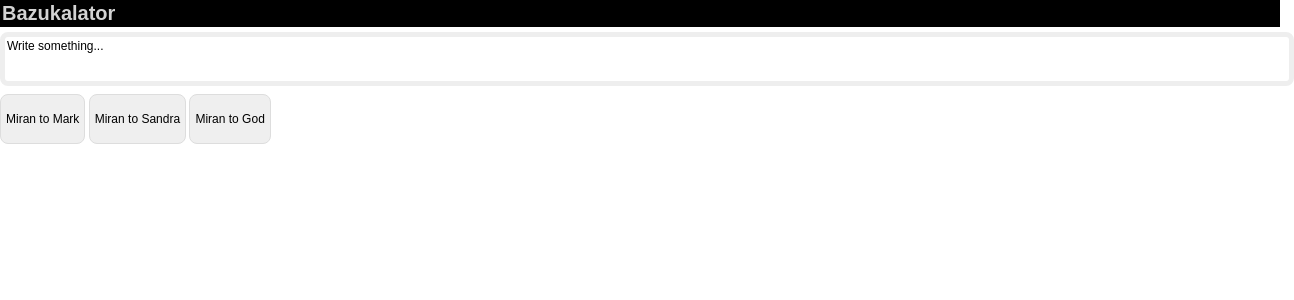
Repository: mbadzak/bazukalator
Page: Bazukalator/assets/www/index.html
An editor plug-in stored every save of this project. The page is shown before and after the next save, followed by the edit.
The browser window is 1280 px wide. The page is 1294 px wide, then 1280 px, so the pictures cover 1294 px, including what lies to the right of the window. The pictures show the whole page.

Above is the page before, as saved 2012-10-14 06:04:13.

### Bazukalator/assets/www/index.html
<!DOCTYPE HTML>
<html>
<head>
<title>Hello World</title>
<script type="text/javascript" charset="utf-8" src="cordova-2.1.0.js"></script>
<script type="text/javascript" src="jquery.min.js"></script>
<script type="text/javascript" src="jquery.autosize-min.js"></script>
<script type="text/javascript" src="utl.js"></script>

<link type="text/css" href="style.css" rel="stylesheet">
<style>
.lang_button {
  height: 50px;
  padding: 5px;
}
.post_box {
  padding: 5px;
  position: relative;
  top: 1px;
}
body {
  background-image: none;
}
.this_page {
  text-align: left;
  background-size: 100%;
  background-attachment: fixed;
  background-repeat: repeat-x;
}
</style>

</head>
<body>


<script type="text/javascript">
    var orig_text = "";
</script>
<div class="this_page">
  <div class="generic_heading" style="color: lightgray; background: black; padding: 2px;">
    Bazukalator
  </div>
  <div style="margin-top: 5px; text-align: left;">
    <textarea name="msg"
              id="msg"
              onFocus="utl_clear_text_field(this, 'Write something...');"

              style="width: 100%; height: 40px; border: 5px solid #eeeeee; z-index: 1;"
              autocomplete="off">Write something...</textarea>
  </div>
  <div style="margin-top: 5px;">
    <input type="button"
           id="btn_submit1"
           class="lang_button"
           value="Miran to Mark">
    <input type="button"
           id="btn_submit2"
           class="lang_button"
           value="Miran to Sandra">
    <input type="button"
           id="btn_submit3"
           class="lang_button"
           value="Miran to God">
  </div>

  <div id="post" style="margin: 20px 0px 0px 5px; text-align: left; display: none; ">
    <div style="float: left; clear: both; width: 50%; font-size: 11px;">
      <input type="radio"
           id="post_facebook"
           class="post_box"
           checked="checked"
           value="Post to Facebook">
           <img class="button_img img_norad" src="img/fb-icon.png" width="15" height="15">
           Facebook
    </div>
    <div style="float: left; width: 50%; font-size: 11px;">
      <input type="radio"
           id="post_twitter"
           class="post_box"
           checked="checked"
           value="Post to Facebook">
           <img class="button_img img_norad" src="img/twitter-icon.png" width="15" height="15">
           Twitter
    </div>
  </div>
  <div id="post2" style="display: none; margin-top: 55px; margin-left: 0px;">
      <input type="button" value="Post" style="padding: 5px;">
  </div>
</div>
<script type="text/javascript">
    $("#btn_submit1").click(function() { submit(1); });
    $("#btn_submit2").click(function() { submit(2); });
    $("#btn_submit3").click(function() { submit(3); });

    function submit(lang) {
        if (orig_text == "")
            orig_text = $("#msg").val();

        var req = orig_text;
        if (req == "")
            return;

        $.post("http://localhost:8080/index.php/translator/svc",
              { req: req, lang: lang },
              function(data) {
             	$("#msg").val(data);
                $("#post").css("display", "block");
                $("#post2").css("display", "block");
              }
        );
    }

    function reset()
    {
    	$('#msg').val('');
        orig_text = "";
        $("#post").css("display", "none");
        $("#post2").css("display", "none");
    }

</script>

</body>
</html>

### Bazukalator/assets/www/jquery.autosize-min.js
// Autosize 1.7 - jQuery plugin for textareas
// (c) 2011 Jack Moore - jacklmoore.com
// license: www.opensource.org/licenses/mit-license.php
(function(a,b){var c="hidden",d='<textarea style="position:absolute; top:-9999px; left:-9999px; right:auto; bottom:auto; box-sizing:content-box; word-wrap:break-word; height:0 !important; min-height:0 !important; overflow:hidden">',e=["fontFamily","fontSize","fontWeight","fontStyle","letterSpacing","textTransform","wordSpacing"],f="oninput",g="onpropertychange",h=a(d)[0];h.setAttribute(f,"return"),a.isFunction(h[f])||g in h?a.fn.autosize=function(b){return this.each(function(){function p(){var a,b;m||(m=!0,j.value=h.value,j.style.overflowY=h.style.overflowY,j.style.width=i.css("width"),j.scrollTop=0,j.scrollTop=9e4,a=j.scrollTop,b=c,a>l?(a=l,b="scroll"):a<k&&(a=k),h.style.overflowY=b,h.style.height=h.style.minHeight=h.style.maxHeight=a+o+"px",setTimeout(function(){m=!1},1))}var h=this,i=a(h).css({overflow:c,overflowY:c,wordWrap:"break-word"}),j=a(d).addClass(b||"autosizejs")[0],k=i.height(),l=parseInt(i.css("maxHeight"),10),m,n=e.length,o=i.css("box-sizing")==="border-box"?i.outerHeight()-i.height():0;l=l&&l>0?l:9e4;while(n--)j.style[e[n]]=i.css(e[n]);a("body").append(j),g in h?f in h?h[f]=h.onkeyup=p:h[g]=p:h[f]=p,a(window).resize(p),i.bind("autosize",p),p()})}:a.fn.autosize=function(){return this}})(jQuery);

### Bazukalator/assets/www/utl.js
String.prototype.trim = function() {
    return this.replace(/^\s+|\s+$/g, "");
};
String.prototype.trim_newline = function() {
	return this.replace(/(\r\n|\n|\r)/gm,"");
};

/*
 * utl_clear_text_field
 * IN	field	field to clear
 */
function utl_clear_text_field(field, init_value) {
	if (field.value.toString() == init_value.toString())
		field.value = "";
	field.style.color = "#000000";
	field.style.background = "#FFFFFF";
}

function utl_clear_text_field_id(id, init_value)
{
	var field = document.getElementById(id);
	return utl_clear_text_field(field, init_value);
}

function utl_clear_password_field(disp_p, real_p) {
	var dp = document.getElementById(disp_p);
	var rp = document.getElementById(real_p);
	dp.style.display = "none";
	rp.style.display = "inline";

	rp.focus();
}

function utl_reset_password_field(disp_p, real_p) {
	var dp = document.getElementById(disp_p);
	var rp = document.getElementById(real_p);
	if (rp.value == "") {
		dp.style.display = "inline";
		rp.style.display = "none";
		dp.value = "Password";
	}
}

function utl_reset_text_field(field, value) {
	if (field.value == "") {
		field.value = value;
		field.style.color = "#999999";
	}
}

function utl_focus(id)
{
	var elem = document.getElementById(id);
	elem.focus();
}

function utl_is_int(a)
{
	return parseInt(a, 10) === a;
}
function utl_handle_enter(field, event)
{
	if (event.keyCode == 13) {
		$(field).closest('form').submit();
		return false;
	}
	return true;
}

/**
 * @deprecated use jquery plugin instead
 * @param field
 * @param event
 * @param max_per_line
 */
function utl_expand_texarea_as_you_go(field, event, max_per_line)
{
	var chars = field.value.length;
	var rows = chars / max_per_line;
	var newline_count;
	var total_size = 18;
	var modified = false;

	if (chars == 0) return;

	newline_count = (field.value.split('\n')).length - 1;

	if (utl_is_int(rows))
	{
		total_size += (rows * 12);
		modified = true;
	}

	if (newline_count > 0) {
		total_size += (newline_count * 16);
		modified = true;
	}

	if (modified)
		field.style.height = total_size + "px";
}

/*
 * utl_toggle_visibility
 * IN	field	field to clear
 */
function utl_toggle_visibility(field) {
	var fl = document.getElementById(field);
	fl.style.display = (fl.style.display == "block") ? "none" : "block";
}

/*
 * utl_toggle_visibility
 * IN	field	field to show
 */
function utl_show_field(field) {
	var fl = document.getElementById(field);
	if (fl == null)
		return;
	fl.style.display = "block";
}

function utl_hide_field(field) {
	var fl = document.getElementById(field);
	if (fl == null)
		return;
	fl.style.display = "none";
}

function utl_show_obj(obj)
{
	obj.style.display = "block";
}
function utl_hide_obj(obj)
{
	obj.style.display = "none";
}


function generate_uuid()
{
	/* credit: http://stackoverflow.com/questions/105034/how-to-create-a-guid-uuid-in-javascript */
	var uuid = 'xxxxxxxx-xxxx-4xxx-yxxx-xxxxxxxxxxxx'.replace(/[xy]/g, function(c) {
	    var r = Math.random()*16|0, v = c == 'x' ? r : (r&0x3|0x8);
	    return v.toString(16);
	});

	return uuid;
}

### Bazukalator/assets/www/style.css
* {
	font-family: Arial, Geneva, Helvetica, sans-serif;
	font-size: 12px;
	outline-width: 0px;
}
body {
 	margin: 0px;
 	text-align: center;
}
textarea {
	resize: none;
}
textarea, select,
input {
	border: 1px solid #DDD;
	-moz-border-radius: 8px;
  	-webkit-border-radius: 8px;
  	border-radius: 8px;
  	behavior: url(../../../pie/PIE.php);
}
select {
	border: 1px solid #DDD;
}

.browse_image_button,
.generic_button,
.generic_button_cancel,
.loginbutton {
	font-size: 12px;
	background-color: #22370B;
	color: #FFFFFF;
	text-decoration: none;
	padding: 4px 6px 4px 6px;
	border: 0px none;
	font-weight: bold;
	width: auto;
	overflow: visible;
	margin: 0px 0px 0px 0px;
	cursor: default;

	-moz-border-radius: 8px;
  	-webkit-border-radius: 8px;
  	border-radius: 8px;
  	behavior: url(../../../pie/PIE.php);

  	cursor: pointer;
}
.generic_button:hover {
	background-color: #6EA000;
}
.generic_button_cancel:hover {
	background-color: #ffffff;
}
<!--[if IE]>
<style>
.browse_image_button,
.generic_button,
.generic_button_cancel,
.loginbutton {
    width: 0px;
}
</style>
<![endif]-->

.loginbutton {
	width: 30px;
	padding: 0px;
}
.generic_button_cancel {
	color: #000000;
	background-color: #EFF5ED;
}
.browse_image_button {
	background-color: transparent;
	color: #000000;
	border: thin solid #20862F;
	height: 20px;
}

.generic_box,
.generic_box_blank,
.stallboxpost,
.stallboxpostreply,
.searchbox,
.loginbox,
.loginbox_selected {
	font-size: 12px;
	border: 1px solid #DDD;
	padding: 4px;
	margin: 0px;
	color: #999999;
}
.generic_box_blank {
	color: #000000;
}
.loginbox_selected {
	color: #000000;
}
.searchbox {
	border: 0px none;
	width: 135px;
}

.line {
	border-top-width: 1px;
	border-top-style: solid;
	border-top-color: #20862F;
}
.footer {
	clear: both;
	color: white;
	font-size: 12px;
}

.change_picture_link,
.more_teams_link,
.more_games_link,
.vertical_menu_link {
	text-decoration: none;
	border: 0px none;
	font-weight: bold;
	cursor: pointer;
}
.menu_link {
	cursor: pointer;
	padding: 10px;
	bottom: +10px;
	position: relative;
	font-weight: bold;
}
.more_games_link,
.more_teams_link {
	color: #1B7027;
}
.more_games_link {
	margin-bottom: 20px;
}
.vertical_menu_link {
	width: 150px;
	float: left;
}
.change_picture_link {
	font-size: 10px;
	width: 95px;
}
.field_name {
	font-size: 12px;
	color: #000000;
}
.home_sport_listing {
	font-size: 12px;
	color: #000000;
	font-weight: none;
}
.generic_heading,
.user_heading {
	font-size: 20px;
	font-weight: bold;
}

.generic_subheading,
.item_descriptor,
.team_subheading,
.user_subheading {
	font-size: 12px;
	font-weight: bold;
	color: #777777;
}
.user_subheading {
	font-size: 14px;
}
.menu_item_img {
	position:relative;
	bottom:-3px;
	left: -2px;

}
.menu_item {
	padding-left: 10px;
	padding-right: 10px;
	padding-top: 4px;
	padding-bottom: 4px;
	float: left;
	-moz-border-radius: 8px;
	-webkit-border-radius: 8px;
	border-radius: 8px;
	behavior: url(../../../pie/PIE.php);
}
.button_img {
	position:relative;
	bottom:-2px;
	left: -0px;
}
h3,
h1 {
	font-size: 18px;
	font-weight: bold;
}
h3 {
	color: #CCCCCC;
}
h2 {
	font-size: 12px;
}
.small_instructions {
	font-size: 10px;
	color: gray;
}

.team_standings_entry_small {
	font-size: 10px;
	color: #777777;
	font-weight: normal;
}
.stall {
	border-top-width: 0;
	/* border-right-width: thin; */
	border-top-style: solid;
	/* border-right-style: solid; */
	border-top-color: #CCCCCC;
	border-left-width: 0;
	border-left-style: solid;
	border-left-color: #CCCCCC;
}
.league_stats {
	border-top-width: 0px;
	/* border-right-width: thin; */
	border-top-style: solid;
	/* border-right-style: solid; */
	border-top-color: #CCCCCC;
	/* border-right-color: #CCCCCC; */
}
.team_standings_heading,
.team_standings_entry {
	font-size: 12px;
	text-align: center;
}
.team_standings_heading {
	font-weight: bold;
	float: left;
	width:40px;
	height:30px;
}

/*
 * Team and league display headings
 */
.team_upcoming_heading,
.team_results_heading {
	font-weight: bold;
	width: 420px;
	height: 20px;
	clear: both;
	margin-bottom: 5px;
	font-size: 14px;
	text-align: center;
}

.team_results_entry,
.team_upcoming_entry {
	font-size: 12px;
	width: 181px;
	float: left;
}

.team_upcoming_vs {
	font-weight: bold;
	font-size: 18px;
	width: 58px;
	float: left;
	position: relative;
	bottom: +5px;
}
.team_results_score {
	font-weight: bold;
	font-size: 18px;
	width: 25px;
	position: relative;
	bottom: +4px;
}

.team_standings_rank {
	font-weight: bold;
	font-size: 18px;
	clear: both;
	float: left;
	width: 30px;
	height: 30px;
	position: relative;
	bottom: +3px;
}

.team_standings_rank_small {
	font-weight: bold;
	font-size: 10px;
	bottom: 0px;
	clear: both;
	float: left;
	width: 30px;
	height: 30px;
	position: relative;
	top: 2px;
	color: gray;
}

.team_results_info,
.team_upcoming_info_att,
.team_upcoming_info {
	font-size: 10px;
	width: 420px;
}
.team_upcoming_info_att {
	margin: 0px auto;
	clear: both;
	margin-top: 5px;
	text-align: center;
}

/* **************************** */

.stallboxpost,
.stallboxpost_selected {
	border: 0px solid #DDDDDD;
	color: #666666;
	width: 473px;
    height: 15px;
    background: #EFF5ED;
}
.stallboxpost_selected {
	border: 4px solid #EFF5ED;
	width: 407px;
	font-size: 12px;

	-moz-border-radius: 8px;
	-webkit-border-radius: 8px;
	border-radius: 8px;
	behavior: url(../../../pie/PIE.php);

    background: #EFF5ED !important;

    overflow: hidden;
}
.stallboxpostreply,
.stallboxpostreply_selected {
	border: 0px;
	width: 100px;
	height: 15px;
	background: transparent;
	font-size: 11px;
	margin-left: 310px;
}
.stallboxpostreply_selected {
	width: 372px;
	border: 4px solid #EFF5ED;
	margin-left: 0px;
	-moz-border-radius: 8px;
	-webkit-border-radius: 8px;
	border-radius: 8px;
	behavior: url(../../../pie/PIE.php);

	background: #EFF5ED !important;

	overflow: hidden;

	margin-bottom: 10px;
}
#stallboxpost_thumb {
	width: 60px;
	float: left;
	display: none;
}

.stallpostreply,
.stallpost {
	background-color: #EFF5ED;
	text-align: left;

	-moz-border-radius: 8px;
	-webkit-border-radius: 8px;
	border-radius: 8px;
	behavior: url(../../../pie/PIE.php);
}
.stallpostreply_entry_hidden,
.stallpostreply_entry {
	clear: both;
	padding-top: 3px;
	padding-left: 60px;
}
.stallpostreply_entry_hidden {
	display: none;
}
.stallpostreply_entry_show {
	clear: both;
	padding: 2px;
	margin: 0px 0px 8px 60px;
	-moz-border-radius: 8px;
	-webkit-border-radius: 8px;
	border-radius: 8px;
	behavior: url(../../../pie/PIE.php);
	background: #EFF5ED;
	text-align: center;
	font-size: 10px;
	font-weight: bold;
	width: 150px;
	cursor: pointer;
	color: #1B7027;
}
.stallpostreply_entry_reply {
	clear: both;
	padding: 2px;
	margin: 0px 0px 8px 60px;
	-moz-border-radius: 8px;
	-webkit-border-radius: 8px;
	border-radius: 8px;
	behavior: url(../../../pie/PIE.php);
	background: #EFF5ED;
	text-align: center;
	font-size: 10px;
	font-weight: bold;
	width: 100px;
	cursor: pointer;
	color: #1B7027;
}

.miran {
	background: #EFF5ED !important;
	text-align: left;
	height: 25px;
	float: left;
	clear: both;
	margin-bottom: 10px;
	padding-top: 10px;

	-moz-border-radius: 8px;
	-webkit-border-radius: 8px;
	border-radius: 8px !important;
	behavior: url(../../pie/PIE.php) !important;
}
.stallpostreply {
	float: left;
	padding: 1px 8px 1px 8px;
	width: 356px;
	border-top-width: 0px;
	background: none;
}
.stallpost {
	float: left;
	padding: 3px 12px 3px 12px;
	width: 396px;
	margin-bottom: 5px;
}

.stallpost_delete {
	bottom: 0px;
	color: #FFFFFF !important;
	background: #22370B;
	padding: 0px 2px 0px 2px;
	margin-left: 8px;
	position: relative;
	left: 12px;
	-moz-border-radius: 8px;
	-webkit-border-radius: 8px;
	border-radius: 8px !important;
	behavior: url(../../pie/PIE.php) !important;
}

.stall_message_body_reply,
.stall_message_body {
	font-size: 11px;
	padding-top: 5px;
	padding-bottom: 5px;
	padding-right: 5px;
	width: 400px;
	overflow: hidden;
}
.stall_message_body_reply {
	width: 380px;
	padding-top: 0px;
}
.stall_message_descriptor_main,
.stall_message_descriptor {
	font-size: 10px;
	color: #777777;
	margin-bottom: 4px;
}
.stall_message_descriptor_main {
	float: left;
	position: relative;
	margin-right: 10px;
	top: +2px;
}
#stall_write_first {
	float: left;
	clear: both;
	position: relative;
	bottom: +4px;
}

.tab_first,
.tab_first_inactive {
	float: left;
	font-size: 13px;
	font-weight: bold;
	color: #FFFFFF;
	background-color: #385C12;
	padding-left: 14px;
	padding-right: 14px;
	padding-top: 4px;
	padding-bottom: 4px;
	margin-left: 8px;
	margin-right: 8px;
	text-align: center;
	vertical-align: middle;
	cursor: pointer;
	-moz-border-radius: 8px;
  	-webkit-border-radius: 8px;
  	border-radius: 8px;
  	behavior: url(../../../pie/PIE.php);
}
.tab_first_inactive {
	background-color: #EFF5ED;
	color: #000000;
}
.tab_menus {
	float: left;
	clear: both;
	padding-top: 5px;
}

.link,
a {
	font-weight: bold;
	color: #1B7027;
	text-decoration: none;
}

.name_link {
	color: #FFFFFF;
	text-decoration: none;
}
.off_link {
	color: #FFFFFF;
	text-decoration: none;
}

.error_text {
	color: #F33C21;
	font-weight: bold;
}

#error {
	color: #F33C21;
	font-weight: bold;
	padding: 10px;
	display: none;
}
#error_check {
	text-align: left;
	padding: 10px;
	background: #fff;
}
.notification,
#notification {
	color: #000000;
	margin: 0px auto;
    text-align: center;
    background: #FFFFB2;
    padding: 10px;
	-moz-border-radius: 8px;
  	-webkit-border-radius: 8px;
  	border-radius: 8px;
  	behavior: url(../../../pie/PIE.php);
}
#info {
	color: #000000;
}
form {
	margin: 0px;
	border: 0px;
}
.footer_text{
	color: #ffffff;
	font-size: 10px;
}
textarea {
	overflow: auto;
}

img {
	border-style: none;
	-moz-border-radius: 8px;
  	-webkit-border-radius: 8px;
  	border-radius: 8px;
  	behavior: url(../../../pie/PIE.php);
}
.img_norad {
	-moz-border-radius: 0px;
  	-webkit-border-radius: 0px;
  	border-radius: 0px;
  	behavior: url(../../../pie/PIE.php);
}

#main_container {
	clear: both;
	width: 960px;
	margin: auto;
}

#forgot_password {
	margin-top: 5px;
}


/************ manage forms ************/
.pref_page {
	margin: 0 auto;
	text-align: left;
	width: 960px;
}
.pref_left {
	width: 220px;
	clear: both;
	float: left;
	height: 50px;
	padding-right: 30px;
	text-align: right;
}
.pref_right {
	width: 679px;
	float: left;
	border-left-color: #DDDDDD;
	border-left-style: solid;
	border-left-width: 1px;
	padding: 5px 0px 0px 30px;
	text-align: left !important;
}
.pref_left_heading {
	float: right;
	clear: both;
	font-size: 18px;
	font-weight: bold;
	text-align: left !important;
}
.pref_left_subheading {
	float: right;
	clear: both;
	font-size: 16px;
	margin-top: 25px !important;
	text-align: left !important;
}
#pref_manage_heading {
	margin-bottom: 25px;
	float: left;
	clear: both;
	width: 177px;
	font-size: 14px;
	font-weight: bold;
	text-align: left;
	cursor: pointer;
}
#pref_manage_subheading {
	margin-bottom: 25px;
	float: left;
	color: gray;
	width: 380px;
	font-size: 10px;
	text-align: left;
	cursor: pointer;
	position: relative;
	top: +2px;
}
#pref_manage_entry {
	float: left;
	clear: both;
	width: 679px;
	text-align: left;
}
#pref_manage_entry_img {
	float: left;
	width: 25px;
	text-align: left;
}
#pref_manage_entry_label {
	float: left;
	font-size: 12px;
	width: 150px;
	position: relative;
	top: +3px;
	text-align: left;
}
#pref_manage_entry_content {
	float: left;
	width: 500px;
	text-align: left;
}
#pref_manage_buttons {
	float: left;
	clear: both;
	width: 520px;
	padding-left: 178px;
	margin-top: 15px;
	margin-bottom: 20px;
    text-align: left;
}
#pref_manage_buttons_left {
	float: left;
	clear: both;
}
#pref_group1,
#pref_group2,
#pref_group3,
#pref_group4
{
	display: none;
}
#pref_group_visible
{
	display: block;
}

.pref_error {
	width: 580px;
	border-left-width: 1px;
	border-left-style: solid;
	border-left_color: red;
}

.shadow {
  -moz-box-shadow:    10px 10px 10px 0px #eee;
  -webkit-box-shadow: 10px 10px 10px 0px #eee;
  box-shadow:         10px 10px 10px 0px #eee;
}
.new_left {
	float: left;
	clear: both;
}

/* Search */
.search_page {
	width: 960px;
	min-height: 400px;
	margin: 0 auto;
	text-align: center;
}
.search_column {
	width: 250px;
	float: left;
	margin-right: 40px !important;
}
.search_column_header {
	width: 250px;
	font-size: 16px;
	font-weight: bold;
	margin-bottom: 15px;
	text-align: left;
}
.search_column_entry {
	width: 250px;
	float: left;
	clear: both;
	height: 40px;
}
.search_column_entry_img {
	width: 40px;
	float: left;
	clear: both;
	padding-right: 5px;
}
.search_column_entry_text {
	width: 205px;
	float: left;
	text-align: left;
	position: relative;
	top: +6px;
}

/* join boxes */
.join_box {
	width: 240px;
	float: right;
	background: #EFF5ED;
	padding: 20px;
	margin-top: 10px;
	-moz-border-radius: 8px;
	-webkit-border-radius: 8px;
	border-radius: 8px;
	behavior: url(../../../pie/PIE.php);
}
.join_header {
	margin: 0px both;
	clear: both;
	text-align: left;
	font-weight: bold;
	font-size: 16px;
	margin-bottom: 15px;
}
.join_entry {
	float: left;
	clear: both;
	height: 30px;
	text-align: left;
}
.join_text {
	float: left;
	clear: both;
	width: 90px;
	position: relative;
	top: +5px;
	text-align: right;
	padding-right: 10px;
}
.join_input {
	float: left;
	width: 210px;
	text-align: left;
}

/* promo */
.promo_container {
	float: left;
	text-align: center;
	margin: 0px auto;
	padding: 10px;
	background: #6ea000;
	-moz-border-radius: 8px;
	-webkit-border-radius: 8px;
	border-radius: 8px;
	behavior: url(../../../pie/PIE.php);
	width: 150px;
	margin-top: 10px;
}
.promo_header {
	float: left;
	clear: both;
	padding: 8px;
 	width: 245px;
	font-size: 16px;
	margin: 50px 20px 8px 0px;
	text-align: left;
	background: #385C12;
	-moz-border-radius: 8px;
	-webkit-border-radius: 8px;
	border-radius: 8px;
	behavior: url(../../../pie/PIE.php);
	color: #FFFFFF;
}
.promo_header_strong {
	font-size: 16px;
	font-weight: bold;
}
.promo_entries {
	float: left;
	text-align: left;
}
.promo_entry {
	float: left;
	width: 639px;
	background: #EFF5ED;
	padding: 20px;
	margin-top: 40px;
	-moz-border-radius: 8px;
	-webkit-border-radius: 8px;
	border-radius: 8px;
	behavior: url(../../../pie/PIE.php);
}
.promo_entry_line1 {
	float: left;
	font-size: 16px;
	font-weight: bold;
	width: 100%;
	cursor: pointer;
}
.promo_entry_line2 {
	float: left;
	font-size: 15px;
	margin-top: 5px;
	width: 100%;
	display: none;
}
.promo_link {
	font-size: 14px;
}

/** other */
.plain_menu_item {
	float: left;
	clear: both;
	margin-top: 10px;
	padding: 5px;
	background: #EFF5ED;
	-moz-border-radius: 8px;
	-webkit-border-radius: 8px;
	border-radius: 8px;
	behavior: url(../../../pie/PIE.php);
}

.main_tag_line {
	-moz-border-radius: 8px;
  	-webkit-border-radius: 8px;
  	border-radius: 8px;
  	behavior: url(../../../pie/PIE.php);
  	padding: 10px;
  	width: 450px;
  	margin: 0px both;
  	clear: both;
  	text-align: center;
  	font-weight: bold;
  	font-size: 28px;
  	margin-bottom: 20px;
  	margin-top: 10px;
  	color: #ffffff;
  	background: #385c12;
}
.main_sport_name {
	width: 95px;
	padding: 3px;
	cursor: default;
   	-moz-border-radius: 8px;
  	-webkit-border-radius: 8px;
  	border-radius: 8px;
  	behavior: url(../../../pie/PIE.php);
	font-weight: bolder !important;
	font-size: 14px !important;
	position: absolute;
	top: 60px;
    left: 10px;
    color: #ffffff;
}
.main_sport_container {
	float: left;
	width: 120px;
	height: 100px;
	text-align: center;
	margin: 0px auto;
	position: relative;
	margin-top: 15px;
}

.attendance_control_main {
	-moz-border-radius: 8px;
	-webkit-border-radius: 8px;
	border-radius: 8px;
	behavior: url(../../../pie/PIE.php);
	width: 180px;
	background: #EFF5ED;
	text-align: center;
	margin: 0px auto;
	padding: 2px;
}

.popup_body {
	background-color: white;
	background: none !important;
}

.generic_page_thin,
.generic_page {
	-moz-border-radius: 8px;
  	-webkit-border-radius: 8px;
  	border-radius: 8px;
  	behavior: url(../../../pie/PIE.php);
  	background: #FFFFFF;
  	padding: 15px;
  	margin: 0px auto;
  	text-align: center;
}
.generic_page_thin {
	padding: 5px;
}

.connections_number {
	font-size: 20px;
}
.connections_desc {
	font-size: 12px;
	clear: both;
	font-weight: bold;
	color: gray;
}

.tsp_carousel {
	-moz-border-radius: 8px;
  	-webkit-border-radius: 8px;
  	border-radius: 8px;
  	behavior: url(../../../pie/PIE.php);

  	width: 930px;
  	height: 350px;
  	margin: 0px auto;
  	text-align: center;
  	padding: 15px;
}
.tsp_carousel_img {
	margin: 0px auto;
	text-align: center;
}

.hidden {
	display: none;
}

.principal_entry {
	float: left;
	width: 210px;
	height: 40px;
	text-align: left;
}
.principal_entry_img {
	float: left;
	clear: both;
	width: 40px;
	height: 40px;
}
.principal_entry_text {
	float: left;
	height: 40px;
	position: relative;
	top: +6px;
}

Loaded but not shown: Bazukalator/assets/www/cordova-2.1.0.js (library); Bazukalator/assets/www/jquery.min.js (library)

After the next save:
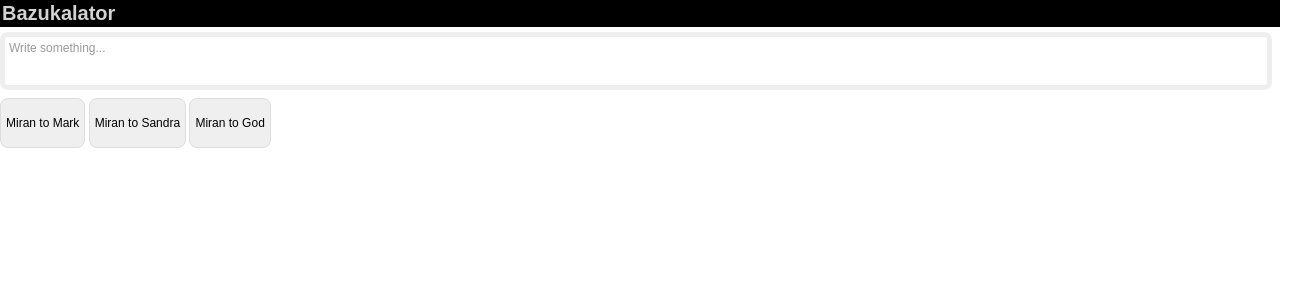
Saved 22 s later.
--- a/Bazukalator/assets/www/index.html
+++ b/Bazukalator/assets/www/index.html
@@ -44,8 +44,8 @@ body {
     <textarea name="msg"
               id="msg"
               onFocus="utl_clear_text_field(this, 'Write something...');"
-
-              style="width: 100%; height: 40px; border: 5px solid #eeeeee; z-index: 1;"
+              class="generic_box"
+              style="width: 98%; height: 40px; border: 5px solid #eeeeee; z-index: 1;"
               autocomplete="off">Write something...</textarea>
   </div>
   <div style="margin-top: 5px;">
